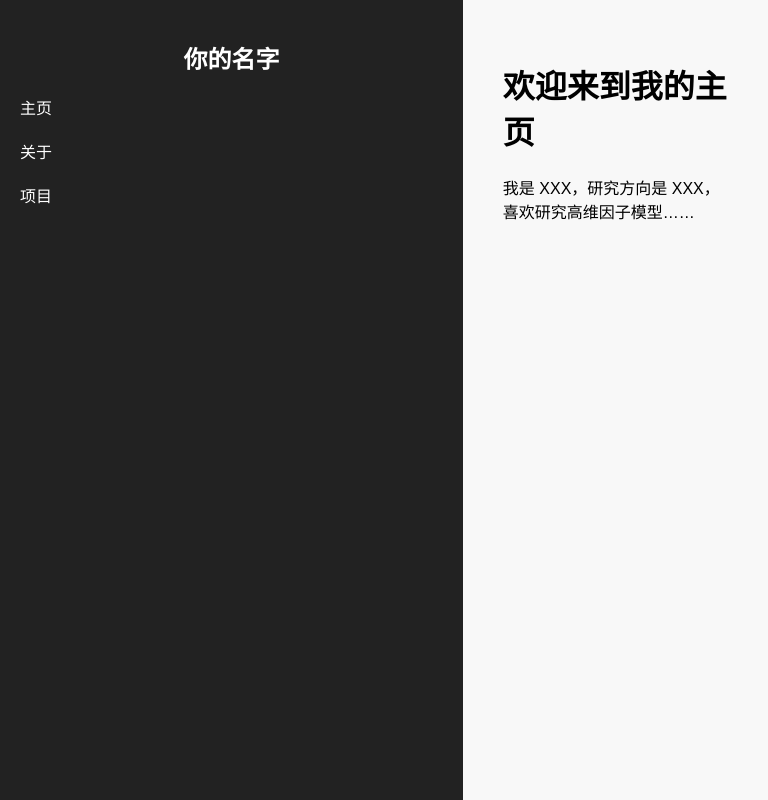
Repository: Shanggao-lab/shanggao
Page: index.html
The author's editor kept a copy of each file at every save. The page is drawn from the files as they stood at one save, then again after the next save.
The browser window is 768 px wide. The pictures show the whole page.

Above is the page before, as saved 2025-03-16 13:18:41.

After the next save:
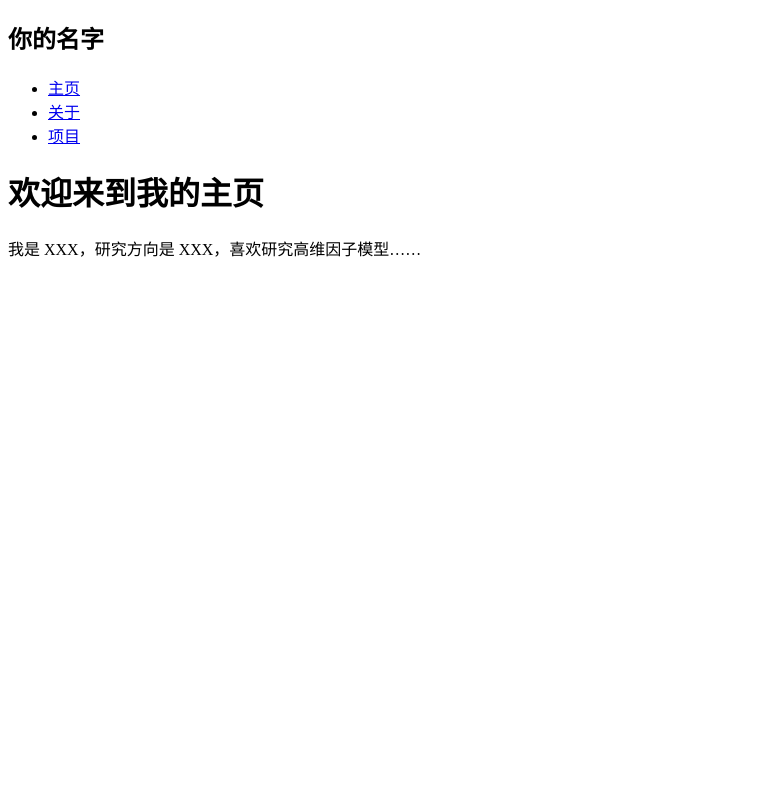
Saved 2 min 50 s later.
--- a/assets/styles.css
+++ b/assets/styles.css
@@ -1,57 +1 @@
-body {
-    font-family: Arial, sans-serif;
-    margin: 0;
-    padding: 0;
-    display: flex;
-    height: 100vh;
-    background-color: #f8f8f8;
-}
-
-.container {
-    display: flex;
-    width: 100%;
-}
-
-.sidebar {
-    width: 250px;
-    background: #222;
-    color: white;
-    padding: 20px;
-    position: fixed;
-    height: 100%;
-}
-
-.sidebar h2 {
-    text-align: center;
-}
-
-.sidebar ul {
-    list-style: none;
-    padding: 0;
-}
-
-.sidebar ul li {
-    margin: 20px 0;
-}
-
-.sidebar ul li a {
-    color: white;
-    text-decoration: none;
-}
-
-.content {
-    margin-left: 270px;
-    padding: 40px;
-    flex-grow: 1;
-}
-
-@media (max-width: 768px) {
-    .sidebar {
-        width: 100%;
-        height: auto;
-        position: relative;
-    }
-    .content {
-        margin-left: 0;
-    }
-}
+element.style
